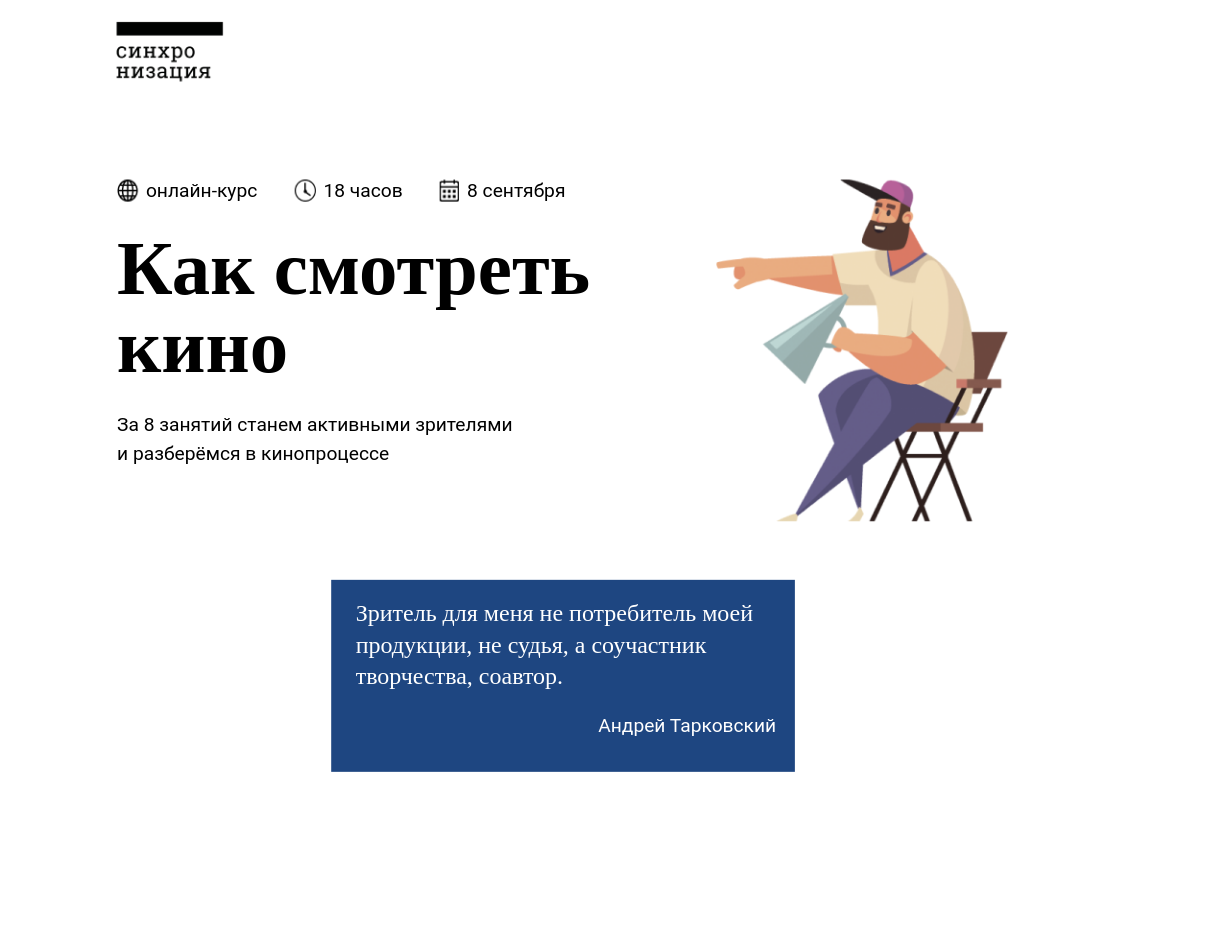
Repository: PoladEziz/Task-8
Page: index.html
An editor plug-in stored every save of this project. The page is shown before and after the next save, followed by the edit.
The browser window is 1280 px wide. The pictures show the whole page, at 96% of full size.

Above is the page before, as saved 2023-05-25 16:16:56.

### index.html
<!DOCTYPE html>
<html lang="en">

<head>
    <meta charset="UTF-8">
    <meta http-equiv="X-UA-Compatible" content="IE=edge">
    <meta name="viewport" content="width=device-width, initial-scale=1.0">
    <title>Document</title>
    <link rel="stylesheet" href="index.css">
</head>

<body>
    <div class="main">
        <div class="top">
            <div class="box1">
            <img class="logo" src="logo_mobile_black 1.png" alt="Logo photo">
            <ul>
                <li><img src="globe.png" alt=""><p>онлайн-курс</p></li>
                <li><img src="img_135744.png" alt=""><p>18 часов </p></li>
                <li><img src="calendar_2.png" alt=""><p>8 сентября</p></li>
            </ul>
            <h1>Как смотреть кино</h1>
            <p class="yazi">За 8 занятий станем активными зрителями
                и разберёмся в кинопроцессе</p>
            </div>

            <img src="noroot 1.png" alt="Photo">

        </div>

        <div class="bot">
            <div class="box">
                <p>Зритель для меня
                    не потребитель моей продукции, не судья, а соучастник творчества, соавтор. </p>
                <h1>Андрей Тарковский</h1>
            </div>
        </div>
    </div>
</body>

</html>

### index.css
* {
  padding: 0;
  margin: 0;
  box-sizing: border-box;
}

.main {
  width: 100%;
  min-height: 100vh;
  padding: 187px 230px 173px 122px;
  display: flex;
  flex-direction: column;
}

.top {
  width: 100%;
  display: flex;
  justify-content: space-between;
}

.bot {
  width: 100%;
  display: flex;
  justify-content: center;
  margin-top: 61px;
}

.box {
  width: 483px;
  height: 200px;
  background-color: #1e4681;
  padding: 19px 19px 26px 26px;
}

.box p {
  font-family: "Roboto Slab";
  font-style: normal;
  font-weight: 400;
  font-size: 25px;
  line-height: 130%;
  color: white;
}

.box h1 {
  font-family: "Roboto";
  font-style: normal;
  font-weight: 400;
  font-size: 20px;
  line-height: 130%;
  text-align: right;
  margin-top: 22px;
  color: white;
}

.box1 ul li {
  list-style-type: none;
  font-family: "Roboto";
  font-style: normal;
  font-weight: 400;
  font-size: 20px;
  line-height: 115%;
  display: flex;
  margin-right: 39px;
}

.logo {
  position: absolute;
  left: 121px;
  top: 21px;
  width: 112px;
  height: 66px;
}

.box1 ul {
  display: flex;
  align-items: center;
}

.box1 ul li p {
  margin-left: 8px;
}

.top h1 {
  font-family: "Roboto Slab";
  font-style: normal;
  font-weight: 700;
  font-size: 80px;
  line-height: 101.38%;
  width: 567px;
  margin-top: 29px;
  margin-bottom: 26px;
}

.yazi {
  font-family: "Roboto";
  font-style: normal;
  font-weight: 400;
  font-size: 20px;
  line-height: 150%;
  width: 414px;
}

After the next save:
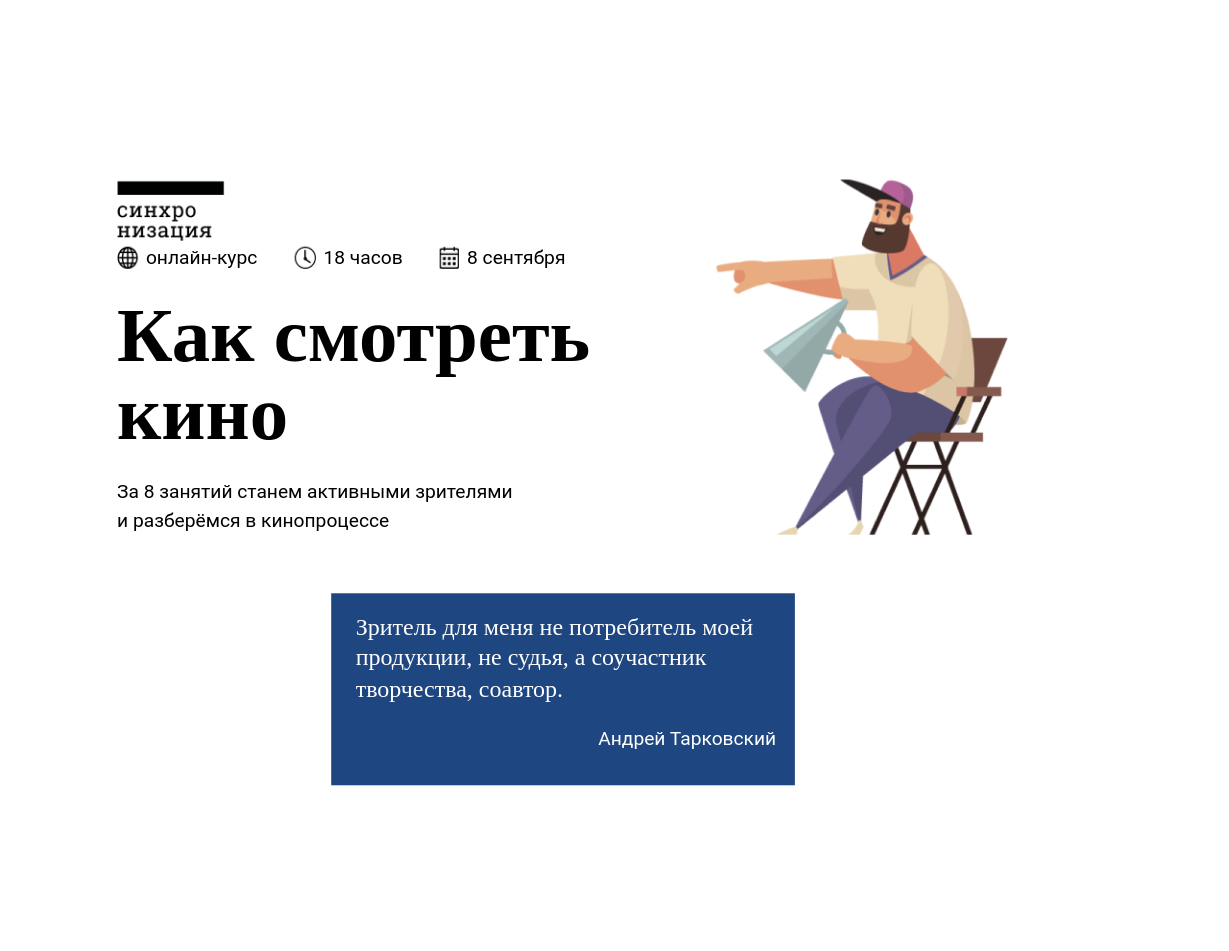
Saved 10 s later.
--- a/index.css
+++ b/index.css
@@ -64,9 +64,9 @@
 }
 
 .logo {
-  position: absolute;
+  /* position: absolute;
   left: 121px;
-  top: 21px;
+  top: 21px; */
   width: 112px;
   height: 66px;
 }
